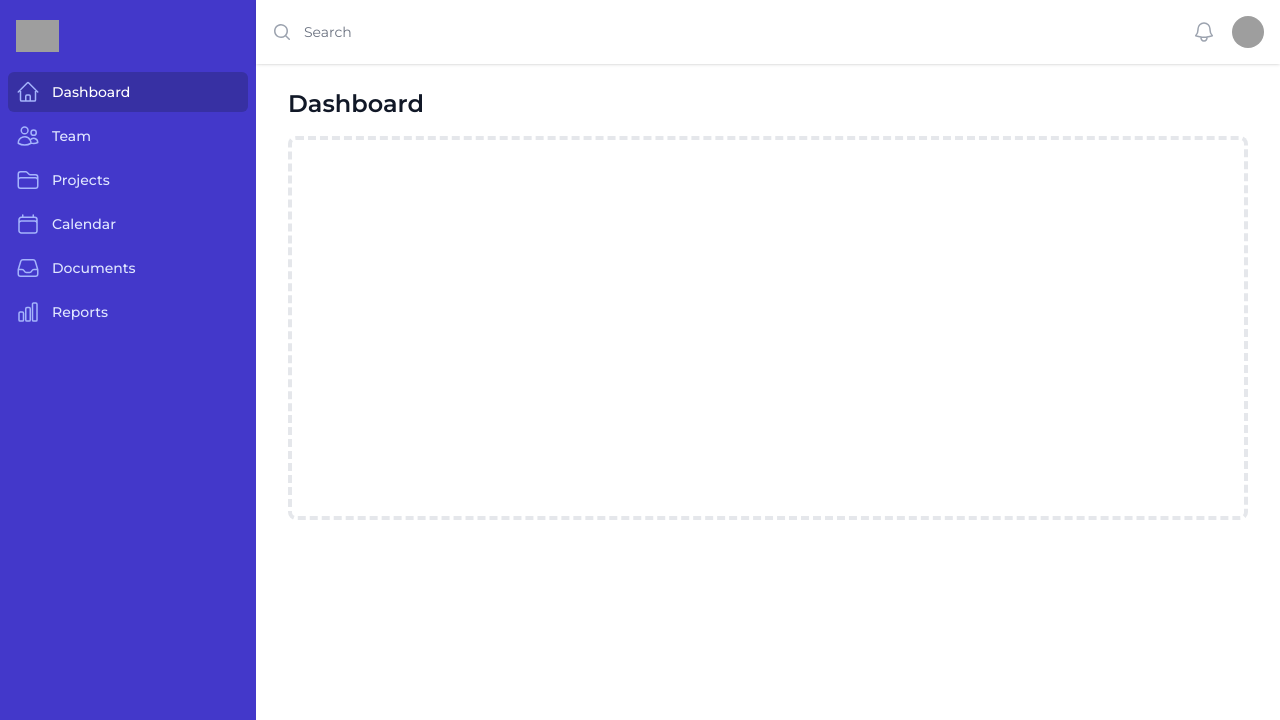
Repository: LuisSempre/mks
Page: /bar
The author's editor kept a copy of each file at every save. The page is drawn from the files as they stood at one save, then again after the next save.
The browser window is 1280 px wide. The pictures show the whole page.
Pictures or frames that could not be fetched are drawn as grey boxes. The project was rebuilt for these pictures with package versions that can differ from the ones it lists, and the page was loaded fresh each time. The framework's server and built-in components were replaced by stand-ins that run in the browser. Also part of the build but not shown: next.config.js.

Above is the page before, as saved 2023-01-24 01:03:58.

### pages/_app.tsx
import "../styles/globals.css";
import type { AppProps } from "next/app";
import { Montserrat } from "@next/font/google";

const montserrat = Montserrat({
  subsets: ["latin"],
});

function MyApp({ Component, pageProps }: AppProps) {
  return (
    <div className={montserrat.className}>
      <Component {...pageProps} />;
    </div>
  );
}

export default MyApp;

### pages/bar.tsx
import { NextPage } from "next";
import SidebarCar from "../components/SidebarCar";

const Bar: NextPage = () => {
  return (
    <>
      <SidebarCar />
    </>
  );
};

export default Bar;

### components/SidebarCar.tsx
import { Fragment, useState } from "react";
import { Dialog, Menu, Transition } from "@headlessui/react";
import {
  Bars3BottomLeftIcon,
  BellIcon,
  CalendarIcon,
  ChartBarIcon,
  FolderIcon,
  HomeIcon,
  InboxIcon,
  UsersIcon,
  XMarkIcon,
} from "@heroicons/react/24/outline";
import { MagnifyingGlassIcon } from "@heroicons/react/20/solid";

const navigation = [
  { name: "Dashboard", href: "#", icon: HomeIcon, current: true },
  { name: "Team", href: "#", icon: UsersIcon, current: false },
  { name: "Projects", href: "#", icon: FolderIcon, current: false },
  { name: "Calendar", href: "#", icon: CalendarIcon, current: false },
  { name: "Documents", href: "#", icon: InboxIcon, current: false },
  { name: "Reports", href: "#", icon: ChartBarIcon, current: false },
];
const userNavigation = [
  { name: "Your Profile", href: "#" },
  { name: "Settings", href: "#" },
  { name: "Sign out", href: "#" },
];

function classNames(...classes: string[]) {
  return classes.filter(Boolean).join(" ");
}

export default function SidebarCar() {
  const [sidebarOpen, setSidebarOpen] = useState(false);

  return (
    <>
      <div>
        <Transition.Root show={sidebarOpen} as={Fragment}>
          <Dialog
            as='div'
            className='relative z-40 hidden'
            onClose={setSidebarOpen}
          >
            <Transition.Child
              as={Fragment}
              enter='transition-opacity ease-linear duration-300'
              enterFrom='opacity-0'
              enterTo='opacity-100'
              leave='transition-opacity ease-linear duration-300'
              leaveFrom='opacity-100'
              leaveTo='opacity-0'
            >
              <div className='fixed inset-0 bg-gray-600 bg-opacity-75' />
            </Transition.Child>

            <div className='fixed inset-0 z-40 flex'>
              <Transition.Child
                as={Fragment}
                enter='transition ease-in-out duration-300 transform'
                enterFrom='-translate-x-full'
                enterTo='translate-x-0'
                leave='transition ease-in-out duration-300 transform'
                leaveFrom='translate-x-0'
                leaveTo='-translate-x-full'
              >
                <Dialog.Panel className='relative flex flex-col flex-1 w-full max-w-xs pt-5 pb-4 bg-indigo-700'>
                  <Transition.Child
                    as={Fragment}
                    enter='ease-in-out duration-300'
                    enterFrom='opacity-0'
                    enterTo='opacity-100'
                    leave='ease-in-out duration-300'
                    leaveFrom='opacity-100'
                    leaveTo='opacity-0'
                  >
                    <div className='absolute top-0 right-0 pt-2 -mr-12'>
                      <button
                        type='button'
                        className='flex items-center justify-center w-10 h-10 ml-1 rounded-full focus:outline-none focus:ring-2 focus:ring-inset focus:ring-white'
                        onClick={() => setSidebarOpen(false)}
                      >
                        <span className='sr-only'>Close sidebar</span>
                        <XMarkIcon
                          className='w-6 h-6 text-white'
                          aria-hidden='true'
                        />
                      </button>
                    </div>
                  </Transition.Child>
                  <div className='flex items-center flex-shrink-0 px-4'>
                    <img
                      className='w-auto h-8'
                      src='https://tailwindui.com/img/logos/mark.svg?color=indigo&shade=300'
                      alt='Your Company'
                    />
                  </div>
                  <div className='flex-1 h-0 mt-5 overflow-y-auto'>
                    <nav className='px-2 space-y-1'>
                      {navigation.map((item) => (
                        <a
                          key={item.name}
                          href={item.href}
                          className={classNames(
                            item.current
                              ? "bg-indigo-800 text-white"
                              : "text-indigo-100 hover:bg-indigo-600",
                            "group flex items-center px-2 py-2 text-base font-medium rounded-md",
                          )}
                        >
                          <item.icon
                            className='flex-shrink-0 w-6 h-6 mr-4 text-indigo-300'
                            aria-hidden='true'
                          />
                          {item.name}
                        </a>
                      ))}
                    </nav>
                  </div>
                </Dialog.Panel>
              </Transition.Child>
              <div className='flex-shrink-0 w-14' aria-hidden='true'>
                {/* Dummy element to force sidebar to shrink to fit close icon */}
              </div>
            </div>
          </Dialog>
        </Transition.Root>

        {/* Static sidebar for desktop */}
        <div className='hidden md:fixed md:inset-y-0 md:flex md:w-64 md:flex-col'>
          {/* Sidebar component, swap this element with another sidebar if you like */}
          <div className='flex flex-col flex-grow pt-5 overflow-y-auto bg-indigo-700'>
            <div className='flex items-center flex-shrink-0 px-4'>
              <img
                className='w-auto h-8'
                src='https://tailwindui.com/img/logos/mark.svg?color=indigo&shade=300'
                alt='Your Company'
              />
            </div>
            <div className='flex flex-col flex-1 mt-5'>
              <nav className='flex-1 px-2 pb-4 space-y-1'>
                {navigation.map((item) => (
                  <a
                    key={item.name}
                    href={item.href}
                    className={classNames(
                      item.current
                        ? "bg-indigo-800 text-white"
                        : "text-indigo-100 hover:bg-indigo-600",
                      "group flex items-center px-2 py-2 text-sm font-medium rounded-md",
                    )}
                  >
                    <item.icon
                      className='flex-shrink-0 w-6 h-6 mr-3 text-indigo-300'
                      aria-hidden='true'
                    />
                    {item.name}
                  </a>
                ))}
              </nav>
            </div>
          </div>
        </div>
        <div className='flex flex-col flex-1 md:pl-64'>
          <div className='sticky top-0 z-10 flex flex-shrink-0 h-16 bg-white shadow'>
            <button
              type='button'
              className='px-4 text-gray-500 border-r border-gray-200 focus:outline-none focus:ring-2 focus:ring-inset focus:ring-indigo-500 md:hidden'
              onClick={() => setSidebarOpen(true)}
            >
              <span className='sr-only'>Open sidebar</span>
              <Bars3BottomLeftIcon className='w-6 h-6' aria-hidden='true' />
            </button>
            <div className='flex justify-between flex-1 px-4'>
              <div className='flex flex-1'>
                <form className='flex w-full md:ml-0' action='#' method='GET'>
                  <label htmlFor='search-field' className='sr-only'>
                    Search
                  </label>
                  <div className='relative w-full text-gray-400 focus-within:text-gray-600'>
                    <div className='absolute inset-y-0 left-0 flex items-center pointer-events-none'>
                      <MagnifyingGlassIcon
                        className='w-5 h-5'
                        aria-hidden='true'
                      />
                    </div>
                    <input
                      id='search-field'
                      className='block w-full h-full py-2 pl-8 pr-3 text-gray-900 placeholder-gray-500 border-transparent focus:border-transparent focus:placeholder-gray-400 focus:outline-none focus:ring-0 sm:text-sm'
                      placeholder='Search'
                      type='search'
                      name='search'
                    />
                  </div>
                </form>
              </div>
              <div className='flex items-center ml-4 md:ml-6'>
                <button
                  type='button'
                  className='p-1 text-gray-400 bg-white rounded-full hover:text-gray-500 focus:outline-none focus:ring-2 focus:ring-indigo-500 focus:ring-offset-2'
                >
                  <span className='sr-only'>View notifications</span>
                  <BellIcon className='w-6 h-6' aria-hidden='true' />
                </button>

                {/* Profile dropdown */}
                <Menu as='div' className='relative ml-3'>
                  <div>
                    <Menu.Button className='flex items-center max-w-xs text-sm bg-white rounded-full focus:outline-none focus:ring-2 focus:ring-indigo-500 focus:ring-offset-2'>
                      <span className='sr-only'>Open user menu</span>
                      <img
                        className='w-8 h-8 rounded-full'
                        src='https://images.unsplash.com/photo-1472099645785-5658abf4ff4e?ixlib=rb-1.2.1&ixid=eyJhcHBfaWQiOjEyMDd9&auto=format&fit=facearea&facepad=2&w=256&h=256&q=80'
                        alt=''
                      />
                    </Menu.Button>
                  </div>
                  <Transition
                    as={Fragment}
                    enter='transition ease-out duration-100'
                    enterFrom='transform opacity-0 scale-95'
                    enterTo='transform opacity-100 scale-100'
                    leave='transition ease-in duration-75'
                    leaveFrom='transform opacity-100 scale-100'
                    leaveTo='transform opacity-0 scale-95'
                  >
                    <Menu.Items className='absolute right-0 z-10 w-48 py-1 mt-2 origin-top-right bg-white rounded-md shadow-lg ring-1 ring-black ring-opacity-5 focus:outline-none'>
                      {userNavigation.map((item) => (
                        <Menu.Item key={item.name}>
                          {({ active }) => (
                            <a
                              href={item.href}
                              className={classNames(
                                active ? "bg-gray-100" : "",
                                "block px-4 py-2 text-sm text-gray-700",
                              )}
                            >
                              {item.name}
                            </a>
                          )}
                        </Menu.Item>
                      ))}
                    </Menu.Items>
                  </Transition>
                </Menu>
              </div>
            </div>
          </div>

          <main>
            <div className='py-6'>
              <div className='px-4 mx-auto max-w-7xl sm:px-6 md:px-8'>
                <h1 className='text-2xl font-semibold text-gray-900'>
                  Dashboard
                </h1>
              </div>
              <div className='px-4 mx-auto max-w-7xl sm:px-6 md:px-8'>
                {/* Replace with your content */}
                <div className='py-4'>
                  <div className='border-4 border-gray-200 border-dashed rounded-lg h-96' />
                </div>
                {/* /End replace */}
              </div>
            </div>
          </main>
        </div>
      </div>
    </>
  );
}

Loaded but not shown: styles/globals.css (common file); tailwind.config.js (common file)

After the next save:
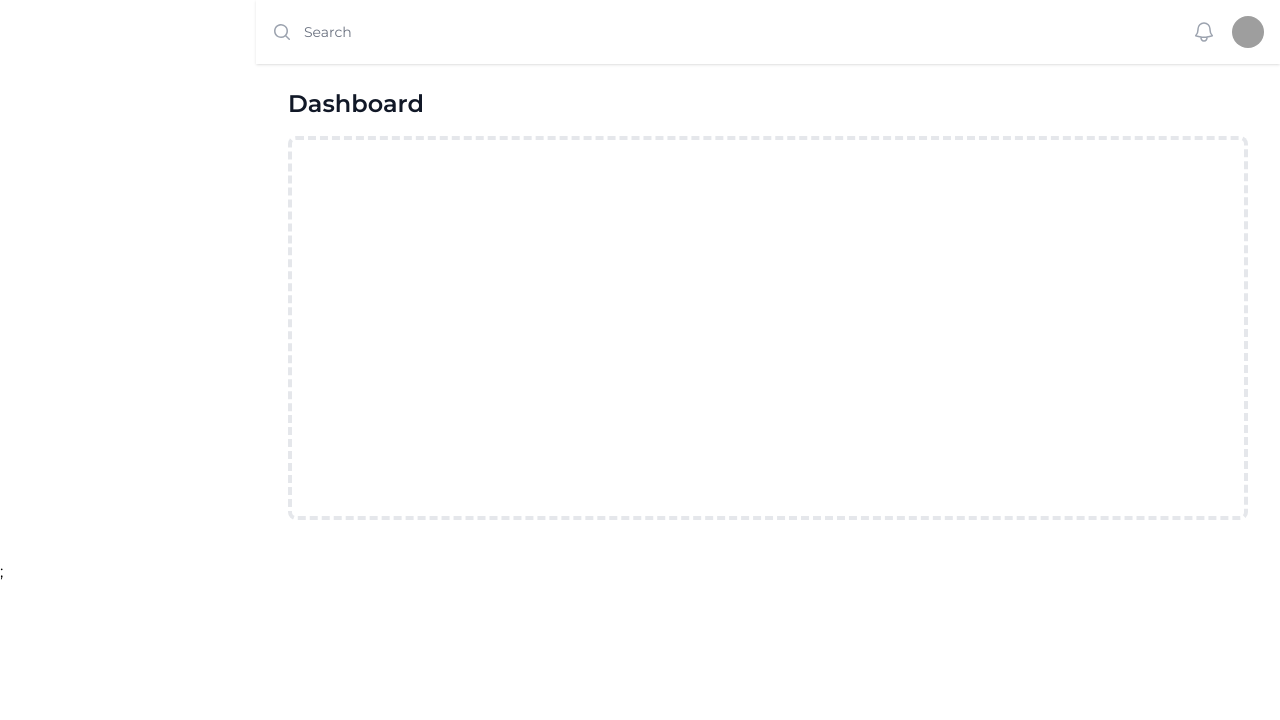
Saved 55 s later.
--- a/components/SidebarCar.tsx
+++ b/components/SidebarCar.tsx
@@ -128,7 +128,7 @@
         </Transition.Root>
 
         {/* Static sidebar for desktop */}
-        <div className='hidden md:fixed md:inset-y-0 md:flex md:w-64 md:flex-col'>
+        <div className='fixed inset-y-0 flex flex-col w-64 md:hidden'>
           {/* Sidebar component, swap this element with another sidebar if you like */}
           <div className='flex flex-col flex-grow pt-5 overflow-y-auto bg-indigo-700'>
             <div className='flex items-center flex-shrink-0 px-4'>

After the 5 saves that followed:
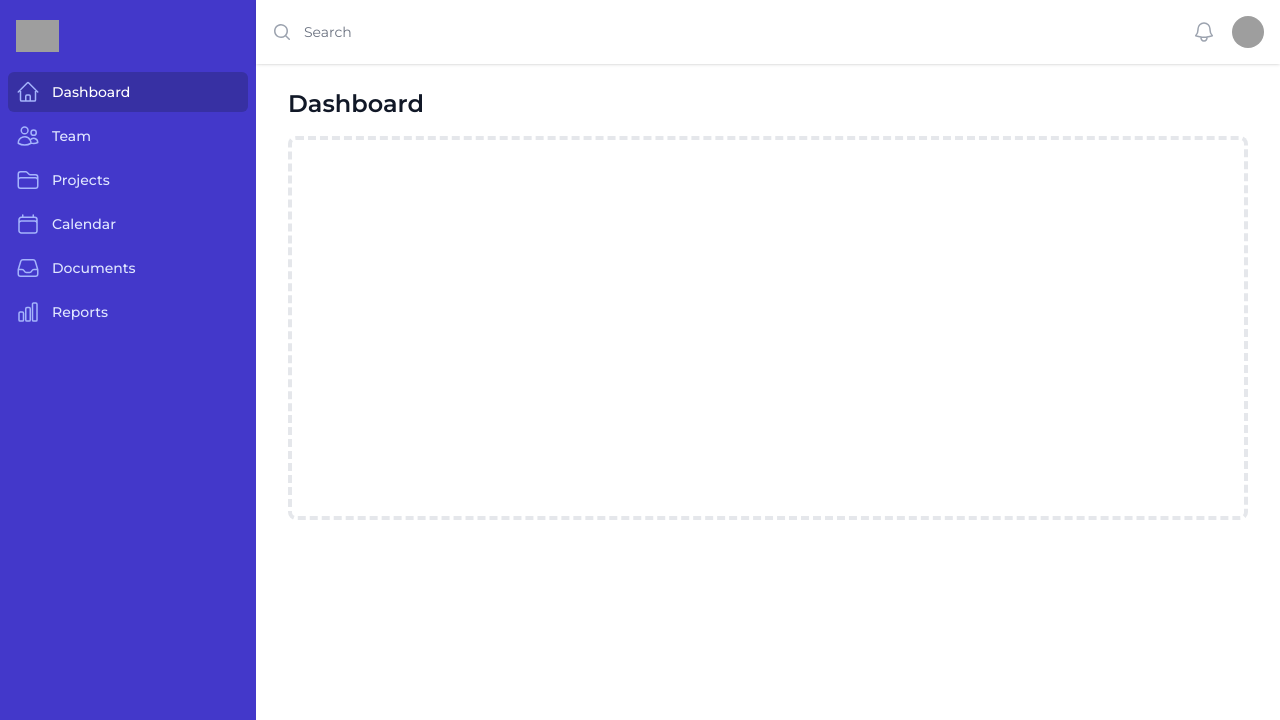
The 5 saves are shown as one change because 4 left the picture as it was.
The last was saved 98 s later.
--- a/components/SidebarCar.tsx
+++ b/components/SidebarCar.tsx
@@ -40,7 +40,7 @@
         <Transition.Root show={sidebarOpen} as={Fragment}>
           <Dialog
             as='div'
-            className='relative z-40 hidden'
+            className='relative z-40 md:hidden'
             onClose={setSidebarOpen}
           >
             <Transition.Child
@@ -128,7 +128,7 @@
         </Transition.Root>
 
         {/* Static sidebar for desktop */}
-        <div className='fixed inset-y-0 flex flex-col w-64 md:hidden'>
+        <div className='hidden md:fixed md:inset-y-0 md:flex md:w-64 md:flex-col'>
           {/* Sidebar component, swap this element with another sidebar if you like */}
           <div className='flex flex-col flex-grow pt-5 overflow-y-auto bg-indigo-700'>
             <div className='flex items-center flex-shrink-0 px-4'>
